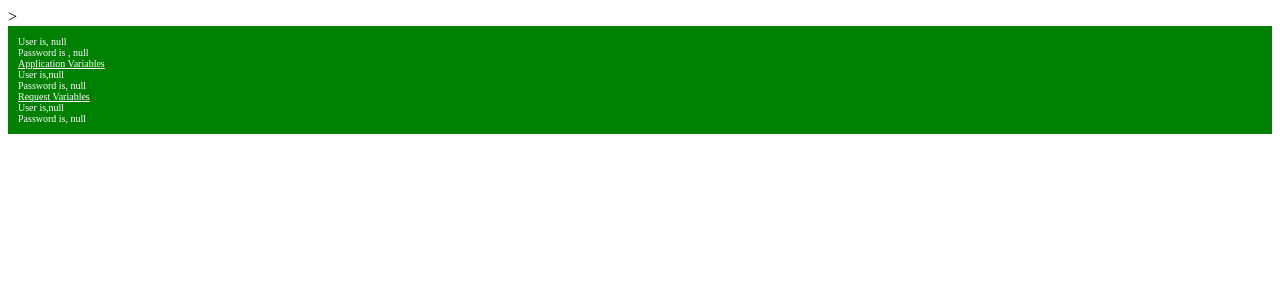
Repository: savithahb/springboot-apps
Page: http://localhost/WebOld2/result.jsp
These files come from the project's save history. The page is drawn as it stood at one moment and after the next save; the edit follows.
The browser window is 1280 px wide. The pictures show the whole page.
The page is served by Tomcat 9. The template is opened directly, without the code that normally fills it, so the values that code supplies are empty.

Above is the page before, as saved 2020-02-13 08:44:49.

After the next save:
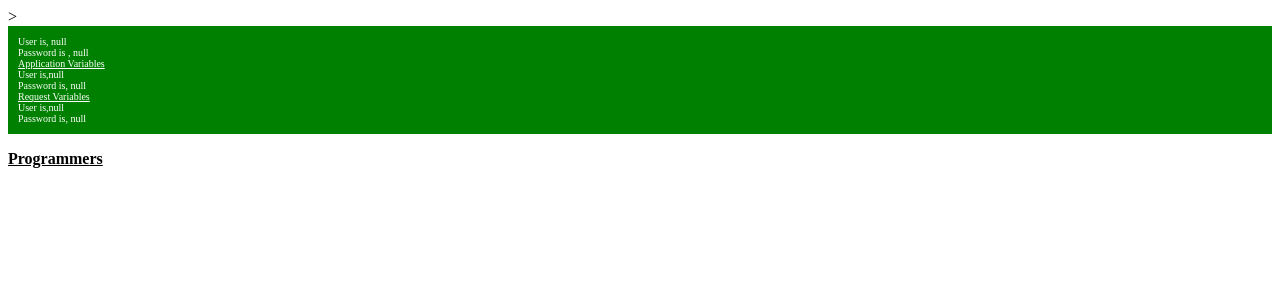
Saved 4 min 37 s later.
--- a/WebOld2/WebContent/result.jsp
+++ b/WebOld2/WebContent/result.jsp
@@ -1,5 +1,5 @@
 <%@ page language="java" contentType="text/html; charset=ISO-8859-1"
-    pageEncoding="ISO-8859-1"%>
+    pageEncoding="ISO-8859-1" import="java.util.*"%>
 <!DOCTYPE html>
 <html>
 <head>
@@ -36,5 +36,12 @@
 
 	</div>
 
+	<p><B><u>Programmers</u></B><br>
+	<ul>
+	<%
+	List<String> l=(List<String>)request.getAttribute("Programmers");
+	%>
+	</ul>
+
 </body>
 </html>
